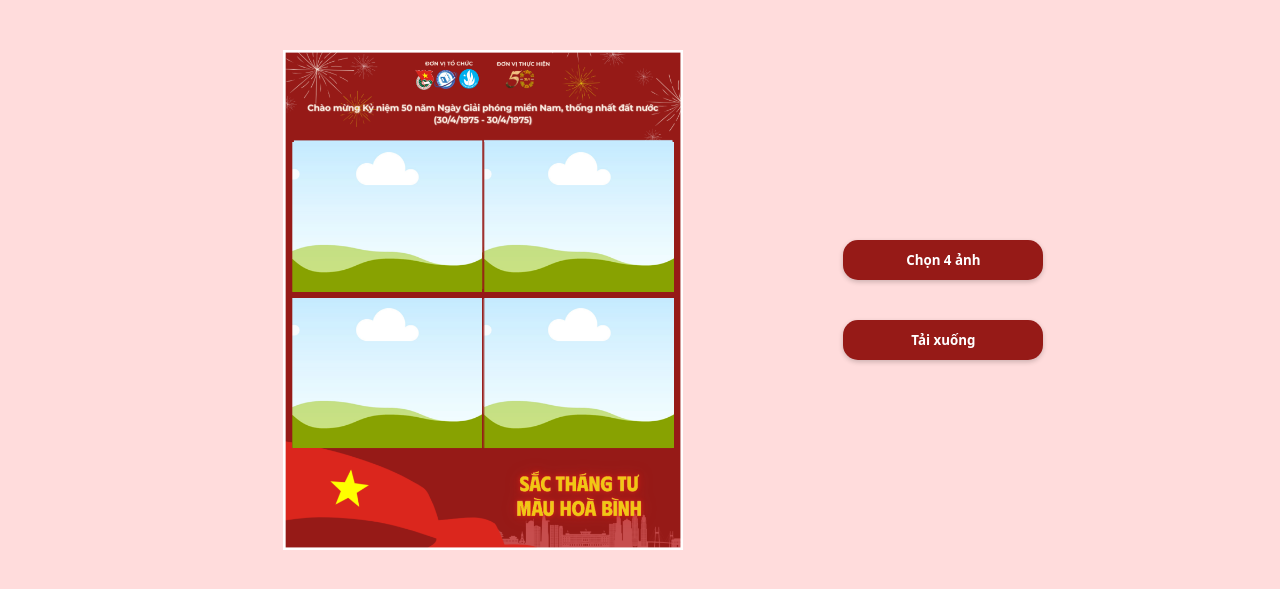
Repository: nguyentambinh/tuoitretdmu
Page: http://localhost/
An editor plug-in stored every save of this project. The page is shown before and after the next save, followed by the edit.
The browser window is 1280 px wide. The pictures show the whole page.
The page is run by PHP 8.4 with error messages shown; the project is at /var/www/html/.

Above is the page before, as saved 2025-04-10 15:31:20.

After the next save:
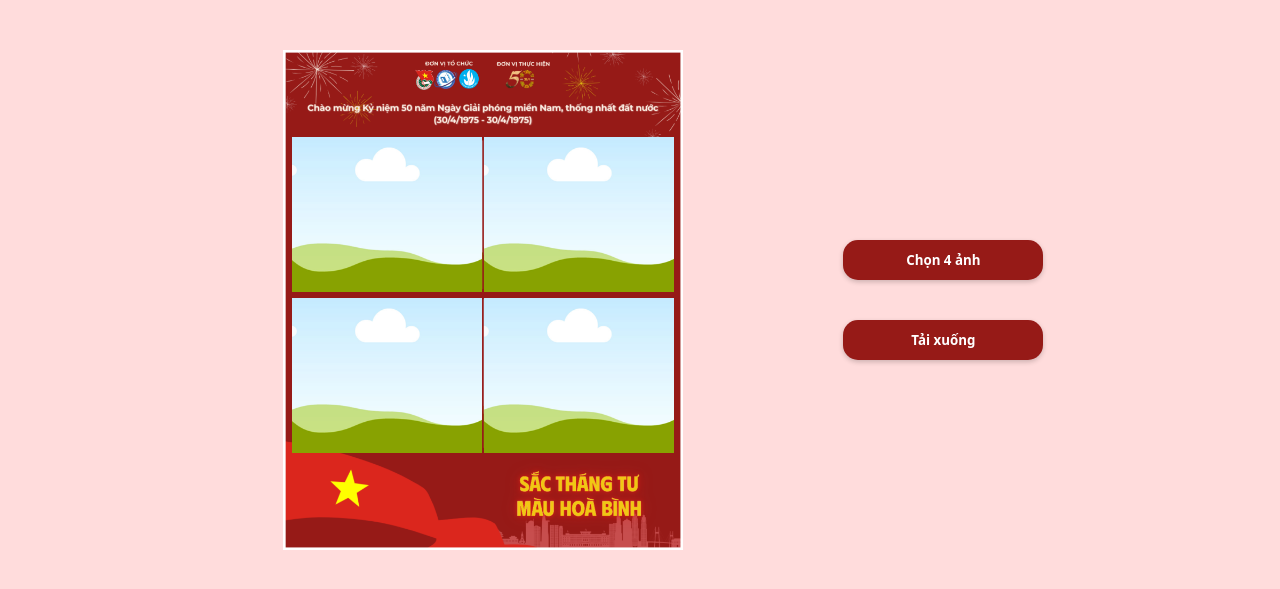
Saved 26 s later.
--- a/main.css
+++ b/main.css
@@ -48,7 +48,7 @@ body {
 
 .img-sub {
     width: 190px;
-    height: 150px;
+    height: 155px;
     object-fit: cover;
     background-size: contain;
 }
